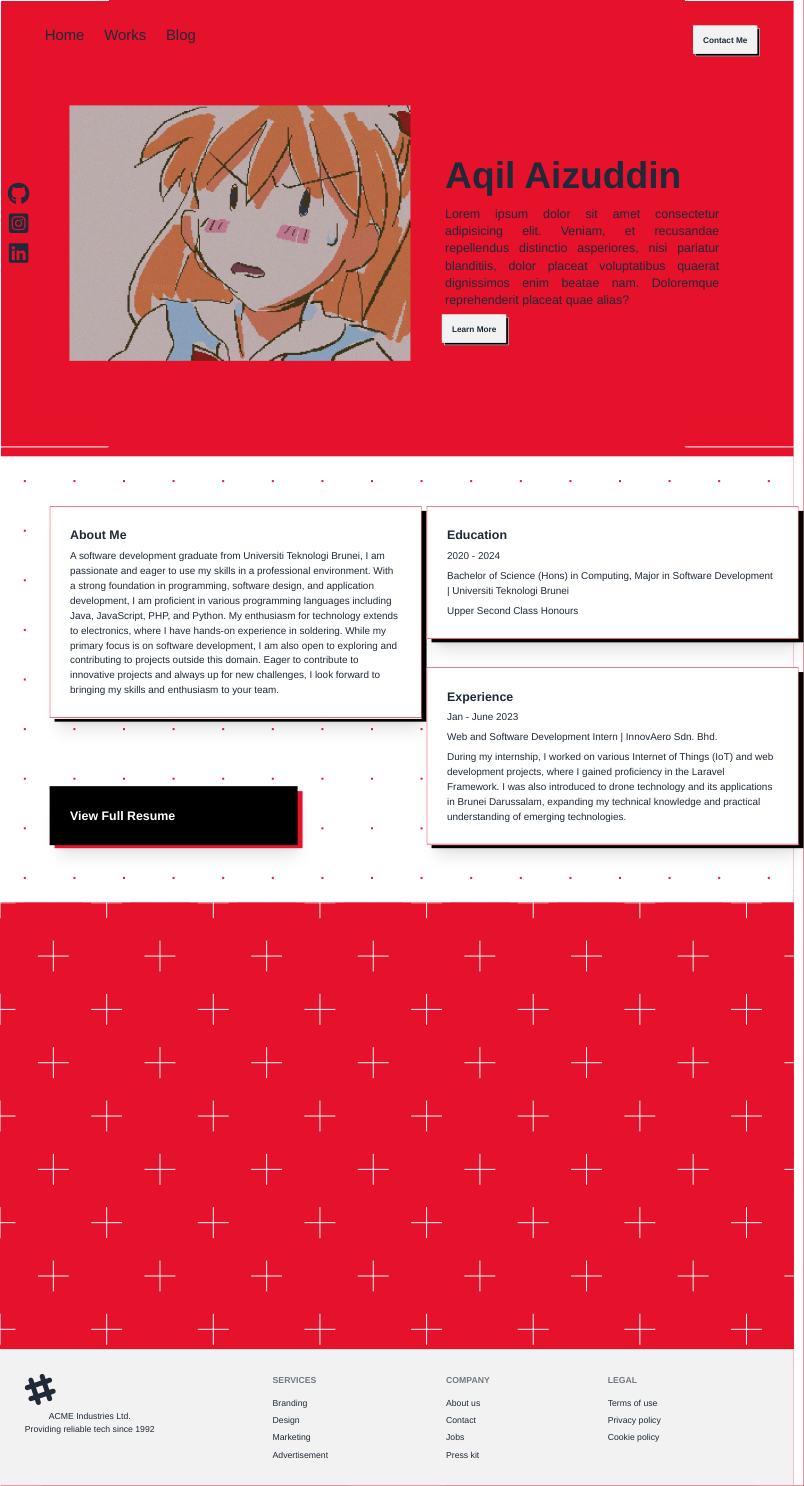
Repository: Ech026/echo-portfolio
Page: /echo-portfolio
The author's editor kept a copy of each file at every save. The page is drawn from the files as they stood at one save, then again after the next save.
The browser window is 1280 px wide. The page is 1296 px wide, so the pictures cover 1296 px, including what lies to the right of the window. The pictures show the whole page, at 62% of full size.
Backgrounds fixed to the window are drawn as part of the page. The project was rebuilt for these pictures with package versions that can differ from the ones it lists, and the page was loaded fresh each time. Also part of the build but not shown: vite.config.js, src/components/hero.jsx, src/components/project.jsx, src/components/works.jsx.

Above is the page before, as saved 2024-09-26 16:39:11.

After the next save:
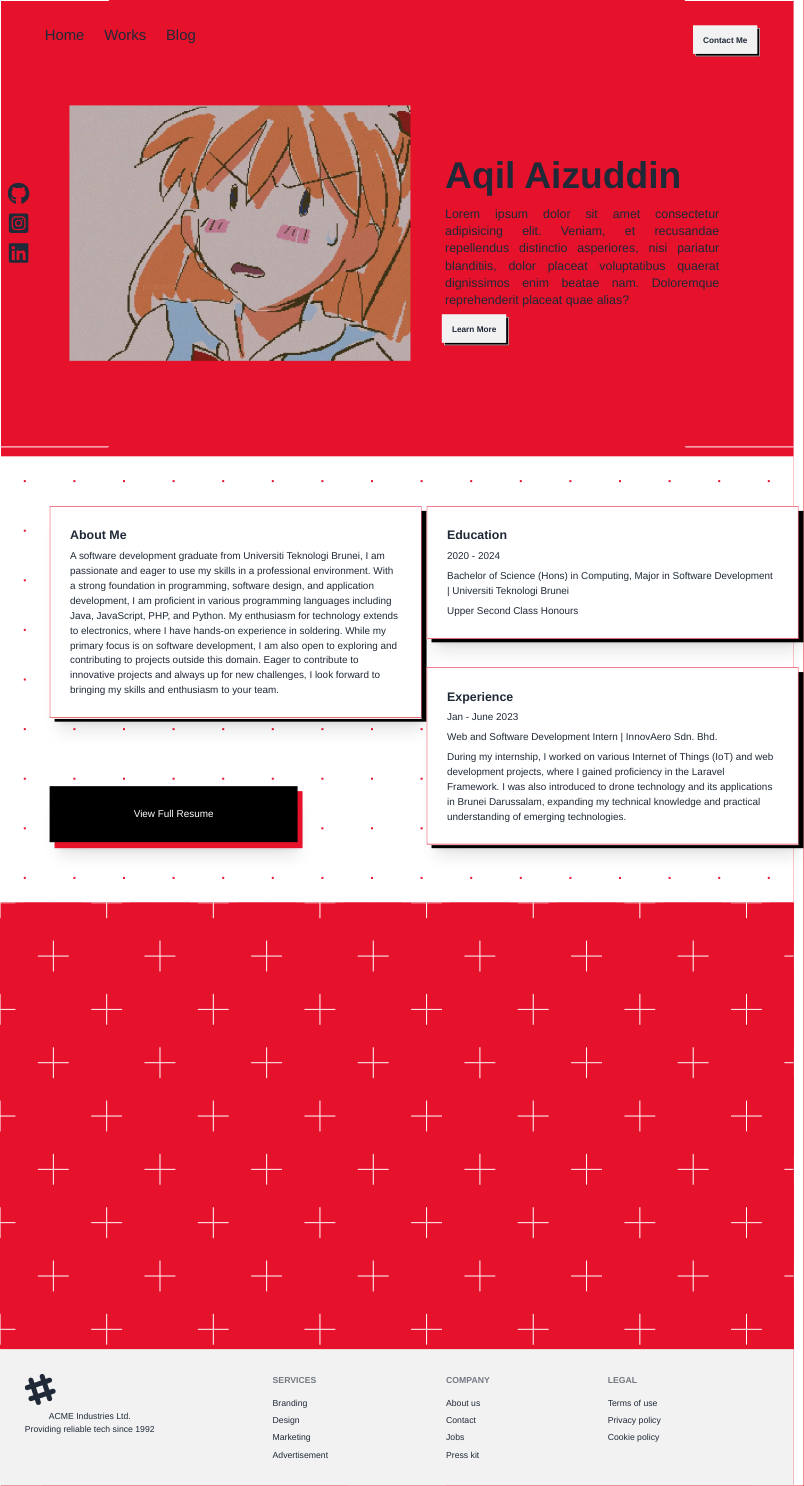
Saved 22 s later.
--- a/src/components/main.jsx
+++ b/src/components/main.jsx
@@ -63,7 +63,7 @@
               <div className='flex justify-start'>
                 <div className=" z-20 card w-[400px] bg-[#000] border border-[#000] rounded-none absolute text-[#fff] ">
                   <div className="card-body">
-                    <h2 className="card-title">View Full Resume</h2>
+                    <h2 className="card-titl">View Full Resume</h2>
                   </div>
                 </div>
                 <div className=" mt-2 ml-2 card w-[400px] bg-[#e6122b] shadow-xl rounded-none ">

After the save that followed:
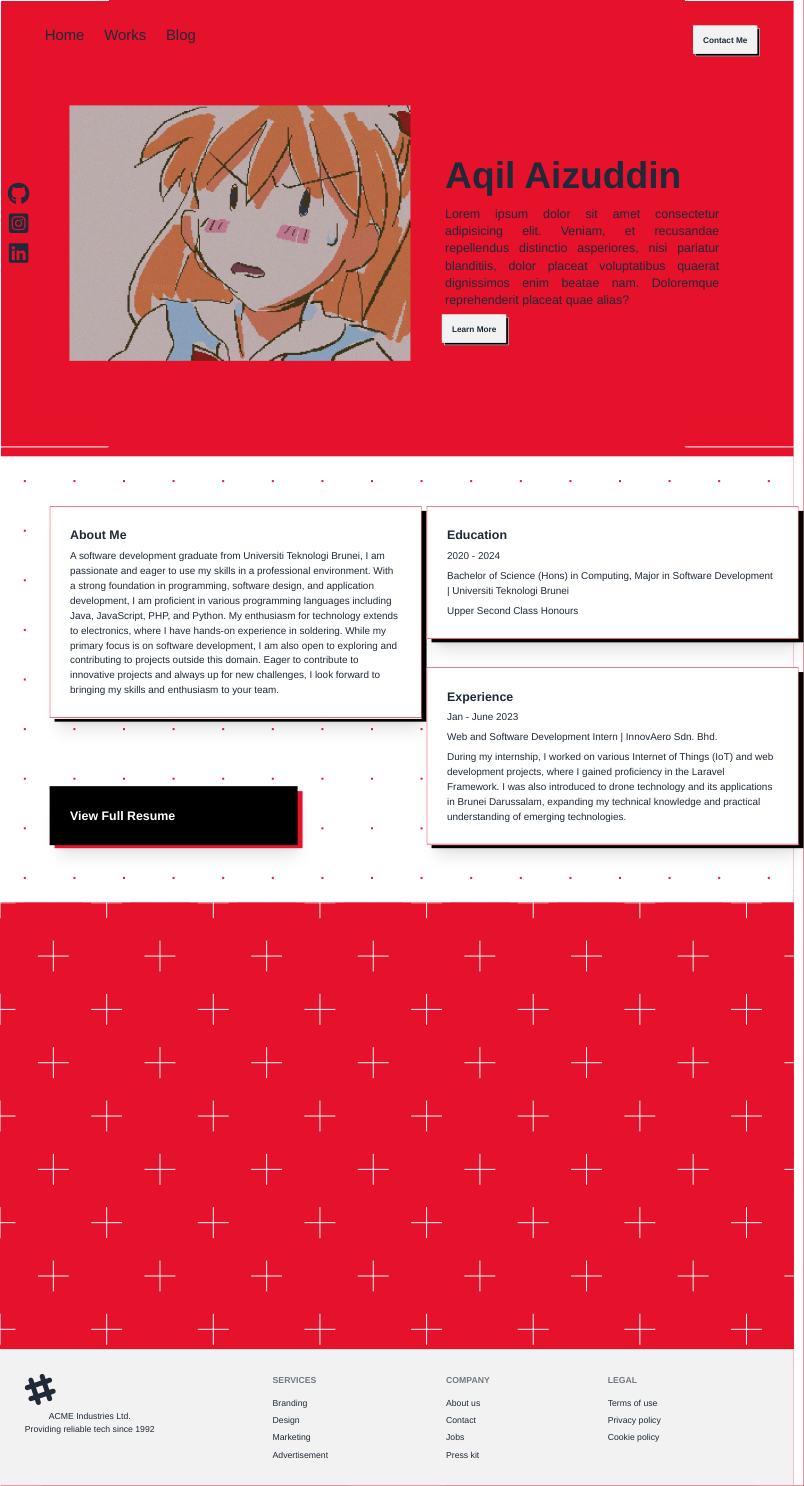
Saved 4 s later.
--- a/src/components/main.jsx
+++ b/src/components/main.jsx
@@ -63,7 +63,7 @@
               <div className='flex justify-start'>
                 <div className=" z-20 card w-[400px] bg-[#000] border border-[#000] rounded-none absolute text-[#fff] ">
                   <div className="card-body">
-                    <h2 className="card-titl">View Full Resume</h2>
+                    <h2 className="card-title">View Full Resume</h2>
                   </div>
                 </div>
                 <div className=" mt-2 ml-2 card w-[400px] bg-[#e6122b] shadow-xl rounded-none ">
